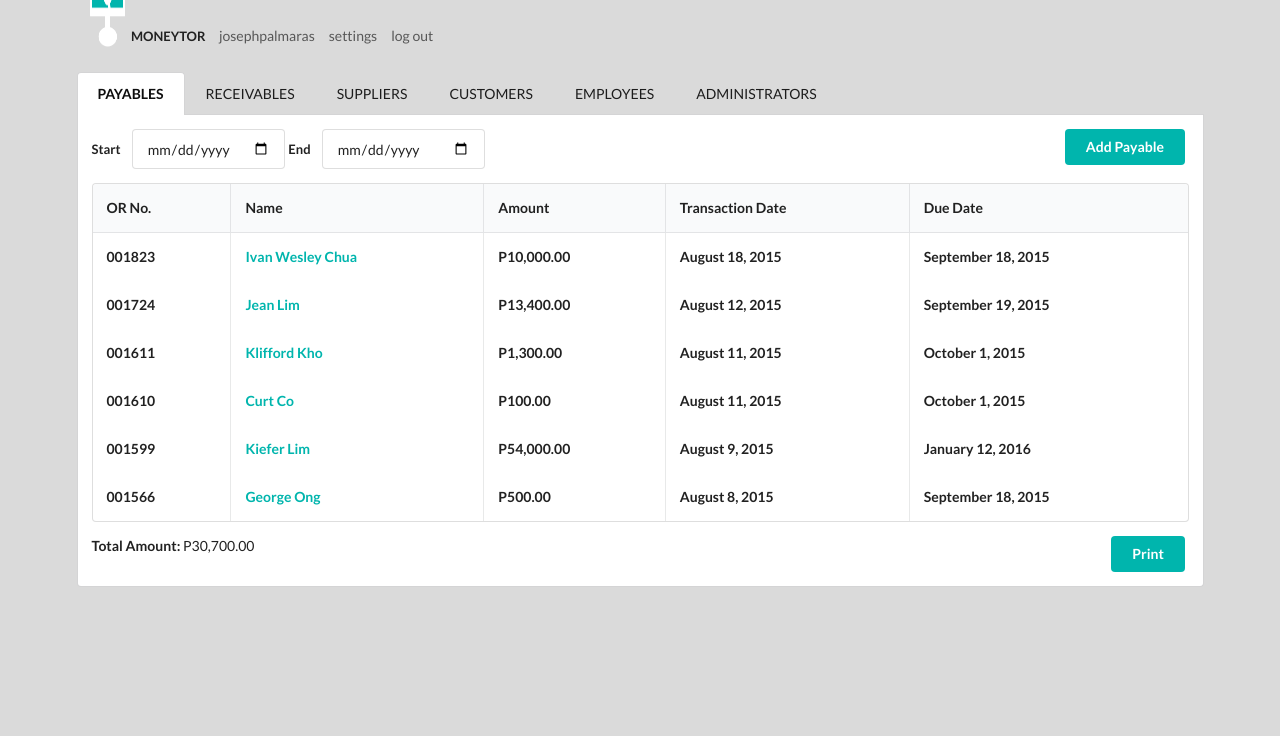
Repository: TV5/MoneyTor
Page: Workspace/MoneyTor/war/main.html
The author's editor kept a copy of each file at every save. The page is drawn from the files as they stood at one save, then again after the next save.
The browser window is 1280 px wide. The pictures show the whole page.

Above is the page before, as saved 2015-08-18 16:14:39.

After the next save:
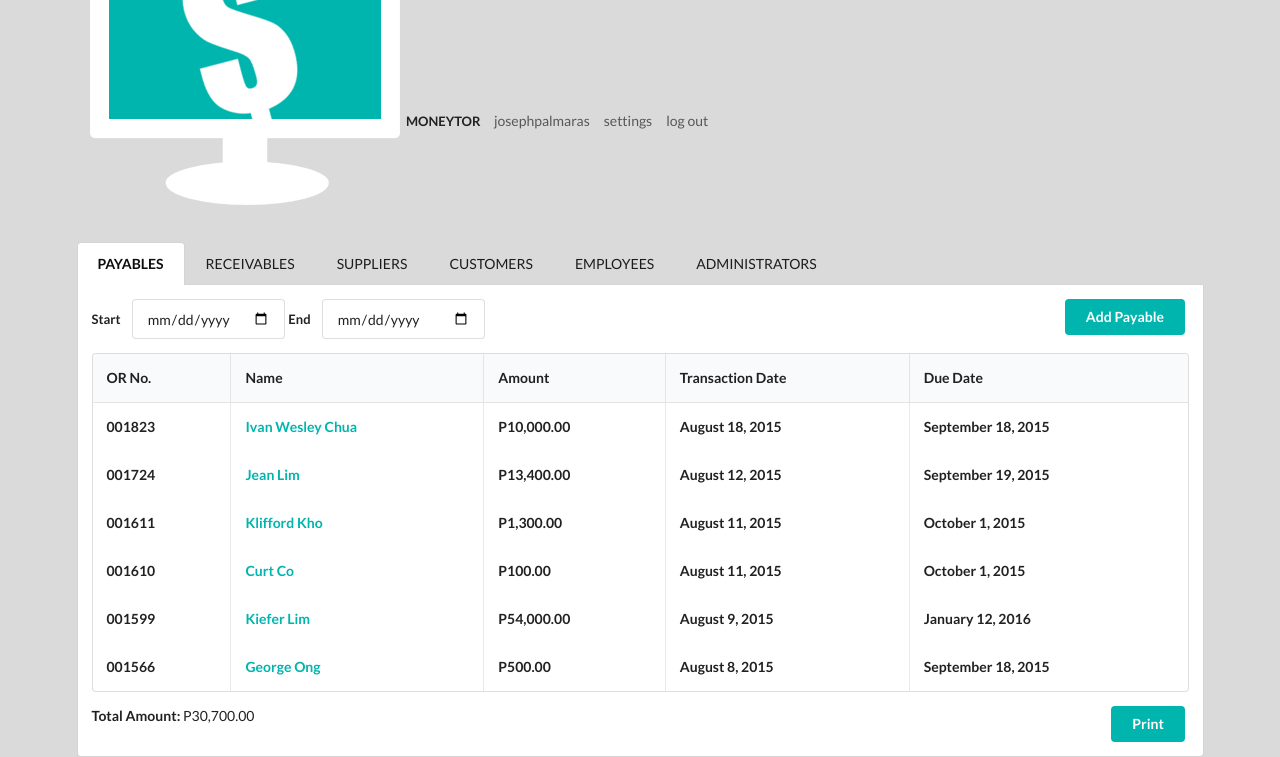
Saved 16 s later.
--- a/Workspace/MoneyTor/war/main.html
+++ b/Workspace/MoneyTor/war/main.html
@@ -66,7 +66,7 @@
 
 <div class="ui container">
 	<div class="ui text menu firstmenu" width="100%">
-	  <img src="assets/images/logo.png" class="ui middle aligned mini image">
+	  <img src="assets/images/logo.png" class="ui image">
 	  <div class="header item">MONEYTOR </div>
 	  <a class="item">
 	    josephpalmaras

After the save that followed:
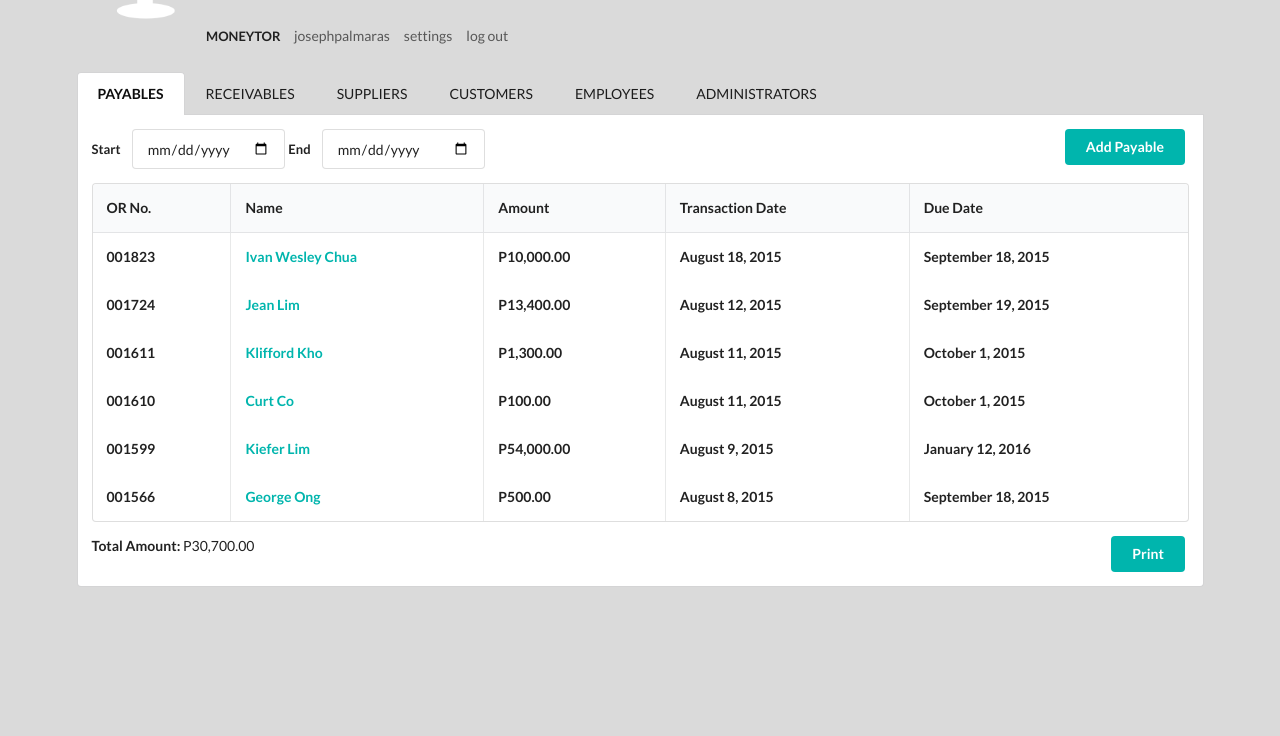
Saved 24 s later.
--- a/Workspace/MoneyTor/war/main.html
+++ b/Workspace/MoneyTor/war/main.html
@@ -66,7 +66,7 @@
 
 <div class="ui container">
 	<div class="ui text menu firstmenu" width="100%">
-	  <img src="assets/images/logo.png" class="ui image">
+	  <img src="assets/images/logo.png" class="ui image" style="width:10%;height:10%">
 	  <div class="header item">MONEYTOR </div>
 	  <a class="item">
 	    josephpalmaras
